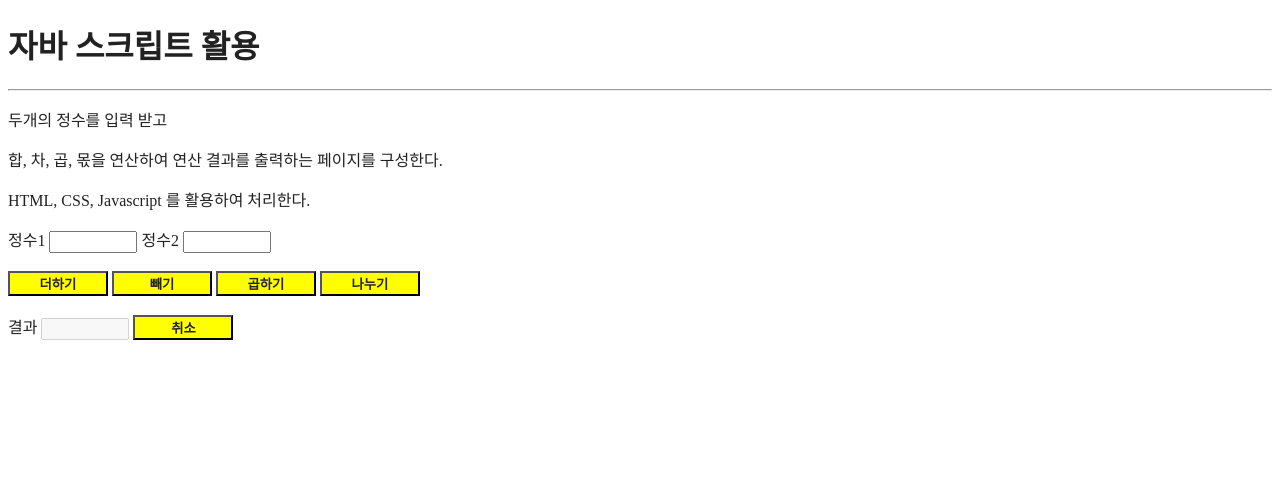
Repository: lolsoyeon/WebStudy
Page: WebApp03/WebContent/Test014.html
These files come from the project's save history. The page is drawn as it stood at one moment and after the next save; the edit follows.
The browser window is 1280 px wide. The pictures show the whole page.

Above is the page before, as saved 2022-09-29 03:31:00.

After the next save:
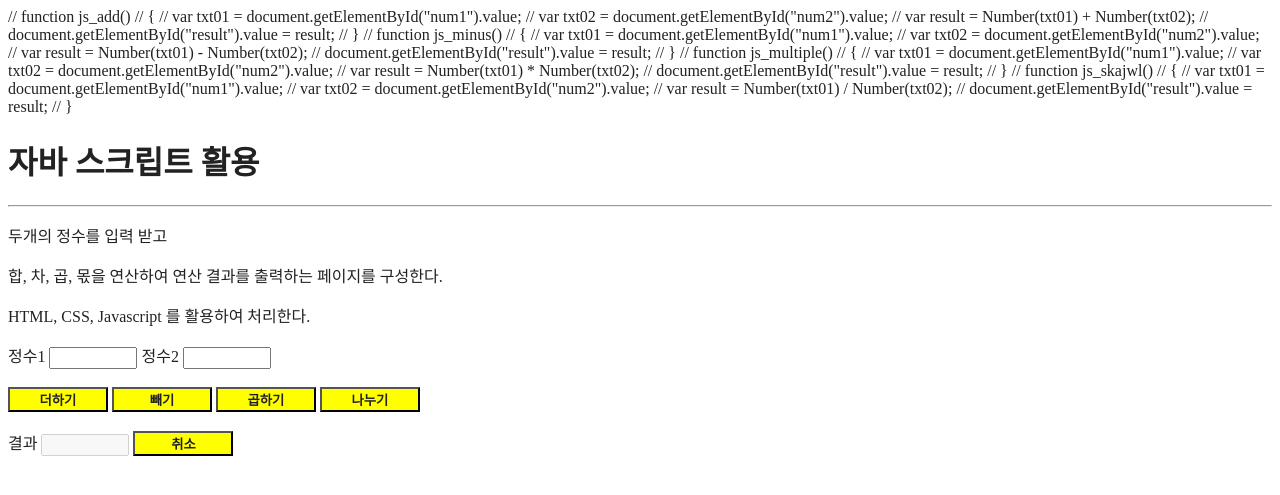
Saved 53 s later.
--- a/WebApp03/WebContent/Test014.html
+++ b/WebApp03/WebContent/Test014.html
@@ -48,52 +48,49 @@
 
 
 
+<!-- <script type="text/javascript"> -->
 
+// 	function js_add()
+// 	{
+// 		var txt01 = document.getElementById("num1").value;
+// 		var txt02 = document.getElementById("num2").value;
 
+// 		var result = Number(txt01) + Number(txt02);
 
-<script type="text/javascript">
+// 		document.getElementById("result").value = result;
 
-	function js_add()
-	{
-		var txt01 = document.getElementById("num1").value;
-		var txt02 = document.getElementById("num2").value;
+// 	}
+// 	function js_minus()
+// 	{
+// 		var txt01 = document.getElementById("num1").value;
+// 		var txt02 = document.getElementById("num2").value;
 
-		var result = Number(txt01) + Number(txt02);
+// 		var result = Number(txt01) - Number(txt02);
 
-		document.getElementById("result").value = result;
+// 		document.getElementById("result").value = result;
+// 	}
+// 	function js_multiple()
+// 	{
+// 		var txt01 = document.getElementById("num1").value;
+// 		var txt02 = document.getElementById("num2").value;
 
-	}
-	function js_minus()
-	{
-		var txt01 = document.getElementById("num1").value;
-		var txt02 = document.getElementById("num2").value;
+// 		var result = Number(txt01) * Number(txt02);
 
-		var result = Number(txt01) - Number(txt02);
+// 		document.getElementById("result").value = result;
 
-		document.getElementById("result").value = result;
-	}
-	function js_multiple()
-	{
-		var txt01 = document.getElementById("num1").value;
-		var txt02 = document.getElementById("num2").value;
+// 	}
+// 	function js_skajwl()
+// 	{
+// 		var txt01 = document.getElementById("num1").value;
+// 		var txt02 = document.getElementById("num2").value;
 
-		var result = Number(txt01) * Number(txt02);
+// 		var result = Number(txt01) / Number(txt02);
 
-		document.getElementById("result").value = result;
+// 		document.getElementById("result").value = result;
 
-	}
-	function js_skajwl()
-	{
-		var txt01 = document.getElementById("num1").value;
-		var txt02 = document.getElementById("num2").value;
+// 	}
 
-		var result = Number(txt01) / Number(txt02);
-
-		document.getElementById("result").value = result;
-
-	}
-
-</script>
+<!-- </script> -->
 
 </head>
 <body>

After the save that followed:
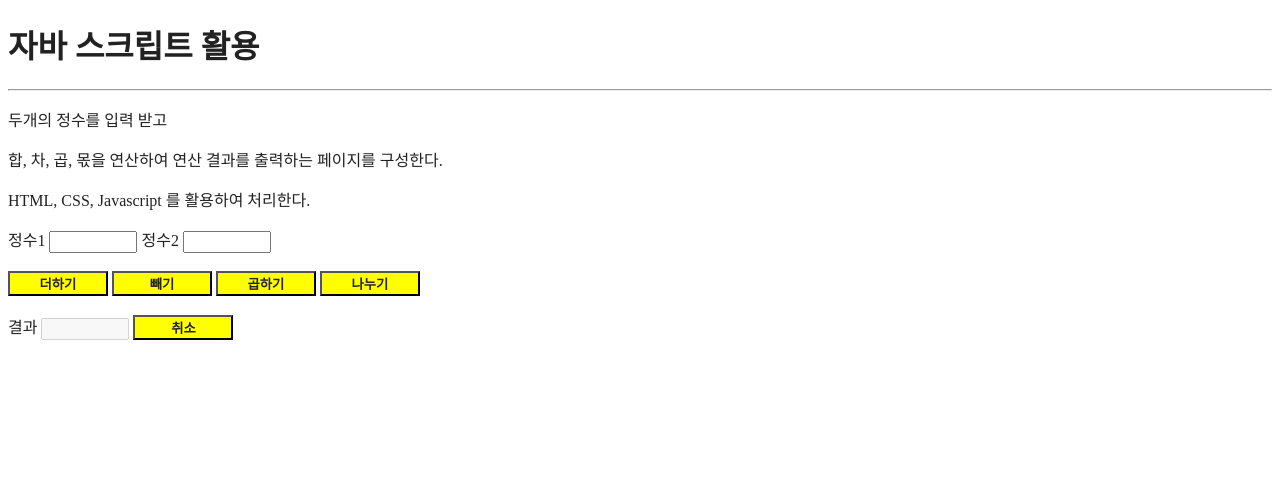
Saved 40 s later.
--- a/WebApp03/WebContent/Test014.html
+++ b/WebApp03/WebContent/Test014.html
@@ -48,49 +48,49 @@
 
 
 
-<!-- <script type="text/javascript"> -->
+<script type="text/javascript">
 
-// 	function js_add()
-// 	{
-// 		var txt01 = document.getElementById("num1").value;
-// 		var txt02 = document.getElementById("num2").value;
+	function js_add()
+	{
+		var txt01 = document.getElementById("num1").value;
+		var txt02 = document.getElementById("num2").value;
 
-// 		var result = Number(txt01) + Number(txt02);
+		var result = Number(txt01) + Number(txt02);
 
-// 		document.getElementById("result").value = result;
+		document.getElementById("result").value = result;
 
-// 	}
-// 	function js_minus()
-// 	{
-// 		var txt01 = document.getElementById("num1").value;
-// 		var txt02 = document.getElementById("num2").value;
+	}
+	function js_minus()
+	{
+		var txt01 = document.getElementById("num1").value;
+		var txt02 = document.getElementById("num2").value;
 
-// 		var result = Number(txt01) - Number(txt02);
+		var result = Number(txt01) - Number(txt02);
 
-// 		document.getElementById("result").value = result;
-// 	}
-// 	function js_multiple()
-// 	{
-// 		var txt01 = document.getElementById("num1").value;
-// 		var txt02 = document.getElementById("num2").value;
+		document.getElementById("result").value = result;
+	}
+	function js_multiple()
+	{
+		var txt01 = document.getElementById("num1").value;
+		var txt02 = document.getElementById("num2").value;
 
-// 		var result = Number(txt01) * Number(txt02);
+		var result = Number(txt01) * Number(txt02);
 
-// 		document.getElementById("result").value = result;
+		document.getElementById("result").value = result;
 
-// 	}
-// 	function js_skajwl()
-// 	{
-// 		var txt01 = document.getElementById("num1").value;
-// 		var txt02 = document.getElementById("num2").value;
+	}
+	function js_skajwl()
+	{
+		var txt01 = document.getElementById("num1").value;
+		var txt02 = document.getElementById("num2").value;
 
-// 		var result = Number(txt01) / Number(txt02);
+		var result = Number(txt01) / Number(txt02);
 
-// 		document.getElementById("result").value = result;
+		document.getElementById("result").value = result;
 
-// 	}
+	}
 
-<!-- </script> -->
+</script>
 
 </head>
 <body>
